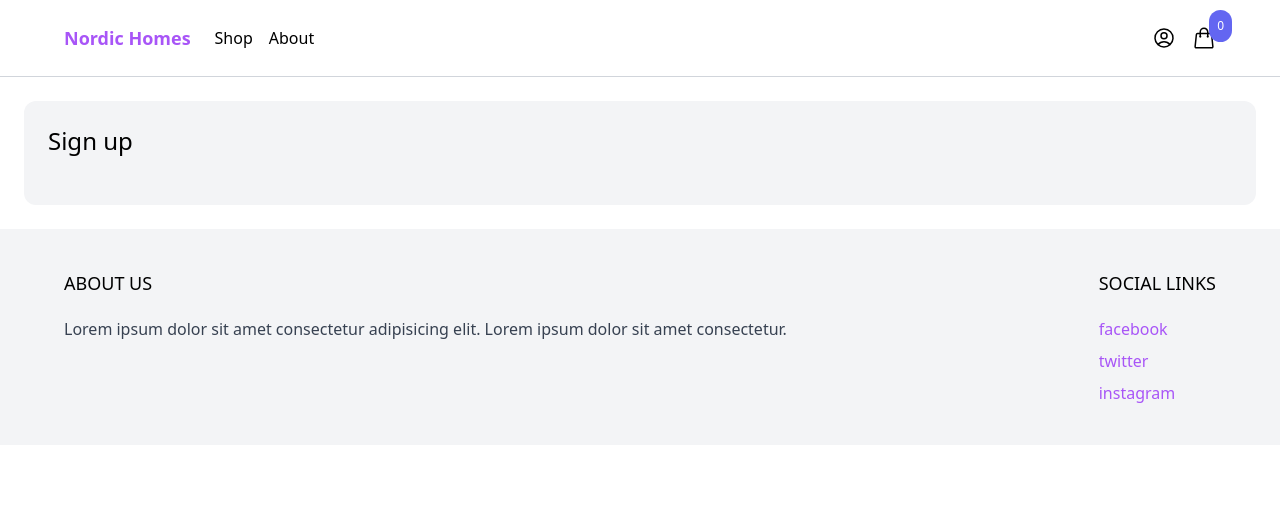
Repository: Calin224/NordicHomes
Page: core/templates/core/signup.html
An editor plug-in stored every save of this project. The page is shown before and after the next save, followed by the edit.
The browser window is 1280 px wide. The pictures show the whole page.
Some web libraries are served in a nearby version. The template is drawn by Django 4.2. The application's start-up code is not run. The template is opened directly, without the code that normally fills it, so the values that code supplies are empty.

Above is the page before, as saved 2023-02-15 21:38:10.

After the next save:
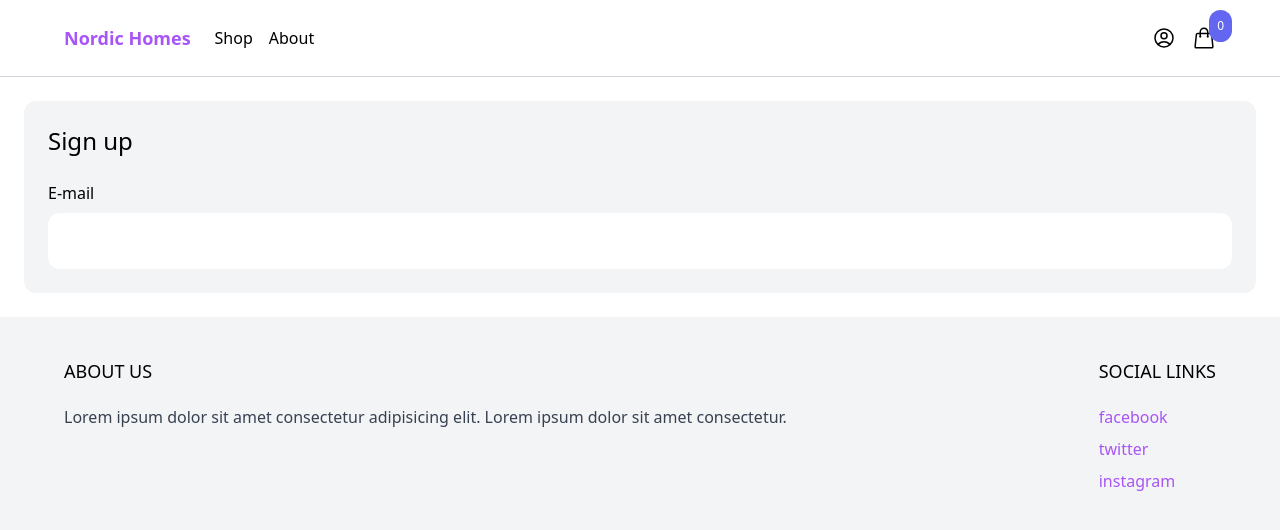
Saved 76 s later.
--- a/core/templates/core/signup.html
+++ b/core/templates/core/signup.html
@@ -5,6 +5,13 @@
 <div class="max-2-lg mx-auto flex flex-wrap p-6">
     <div class="w-full bg-gray-100 p-6 rounded-xl">
         <h1 class="mb-6 text-2xl">Sign up</h1>
+
+        <form action="." method="post">
+            <div>
+                <label for="">E-mail</label>
+                <input type="email" class="w-full mt-2 py-4 px-6 bg-white rounded-xl focus:outline-none">
+            </div>
+        </form>
     </div>
 </div>
 
